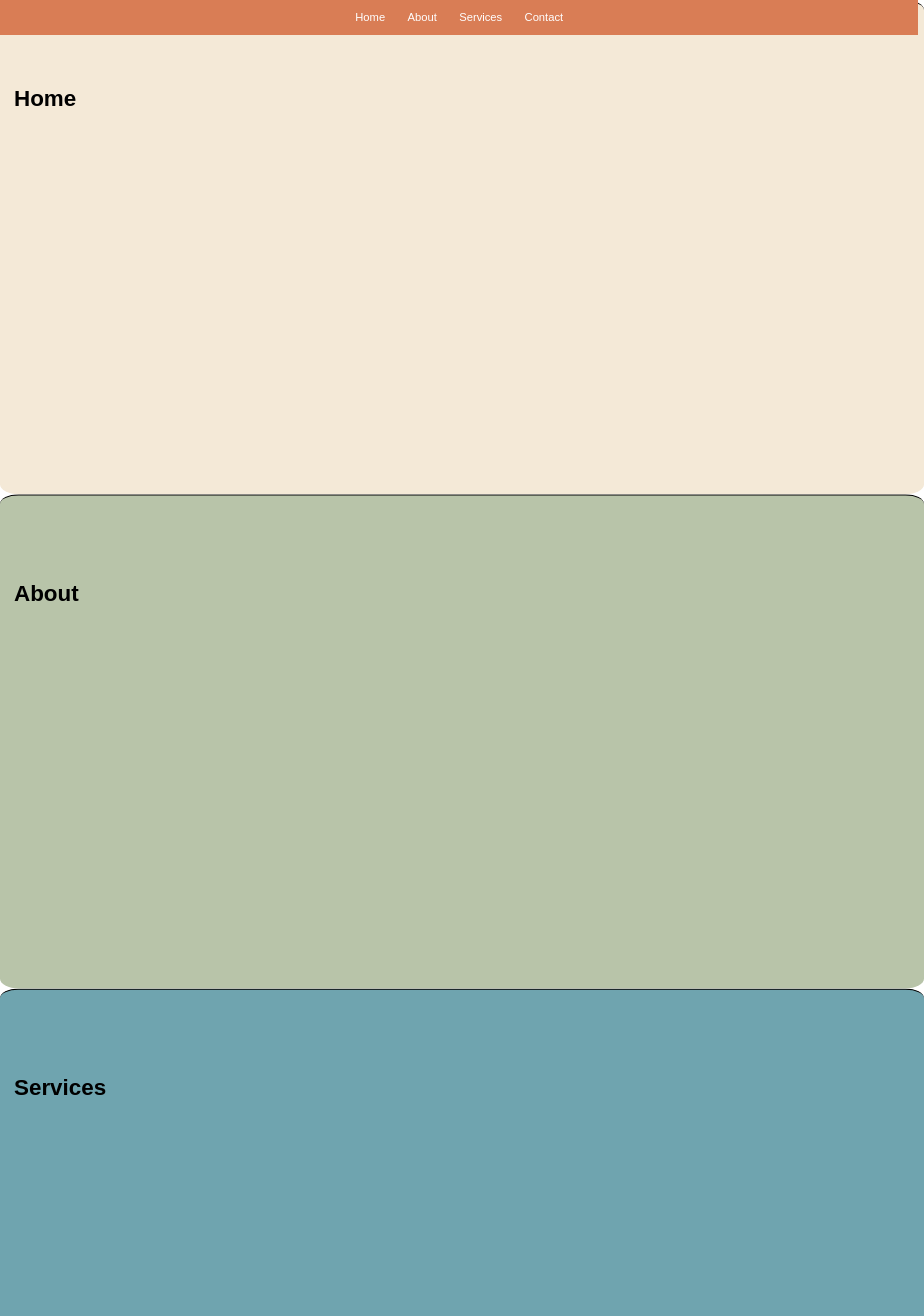
Repository: danichimescu/tema_unu_
Page: index.html
The author's editor kept a copy of each file at every save. The page is drawn from the files as they stood at one save, then again after the next save.
The browser window is 1280 px wide. The page is 1320 px wide, so the pictures cover 1320 px, including what lies to the right of the window. The pictures show the part of the page from y = 0 to 1880 px (the page is 2824 px tall), at 70% of full size.

Above is the page before, as saved 2025-10-06 01:58:22.

### index.html
<!DOCTYPE html>
<html lang="en">
<head>
  <meta charset="UTF-8">
  <meta name="viewport" content="width=device-width, initial-scale=1.0">
  <title>Document</title>
</head>
<body>

</body>
</html>

<!DOCTYPE html>
<html lang="en">
<head>
  <meta charset="UTF-8" />
  <meta name="viewport" content="width=device-width, initial-scale=1.0" />
  <title>Sovis Print</title>
  <script src="main.js" defer></script>
  <link rel="stylesheet" href="style.css" />
</head>

<body>

  <nav>
    <a href="#home">Home</a>
    <a href="#about">About</a>
    <a href="#services">Services</a>
    <a href="#contact">Contact</a>
  </nav>

  <div id="home" class="section">
    <h1>Home</h1>
  </div>
  <div id="about" class="section">
    <h1>About</h1>
  </div>
  <div id="services" class="section">
    <h1>Services</h1>
  </div>
  <div id="contact" class="section">
    <h1>Contact</h1>
  </div>

</body>

</html>

### style.css
/* ce e html? */
/* https://www.w3schools.com/cssref/pr_scroll-behavior.php#:~:text=This%20is%20default-,smooth,property%20to%20its%20default%20value. */

html {
    scroll-behavior: smooth;
}

body {
    font-family: sans-serif;
    margin: 0;
}

nav {
    position: fixed;
    top: 0;
    width: 100%;
    background: #D97D55;
    padding: 1rem;
    display: flex;
    justify-content: center;
    gap: 2rem;
}

nav a {
    color: white;
    text-decoration: none;
}

.section {
    padding: 100px 20px;
    /* margin-top: 60px; */
    height: 70vh;
    border-top: 2px solid black;
    width: 100%;
    border-radius: 2%;
}

#home {
    background: #F4E9D7;
}

#about {
    background: #B8C4A9;
}

#services {
    background: #6FA4AF;
}

#contact {
    background: #B18C6C;
}

Loaded but not shown: main.js (no stored copy; drawn as an empty file)

After the next save:
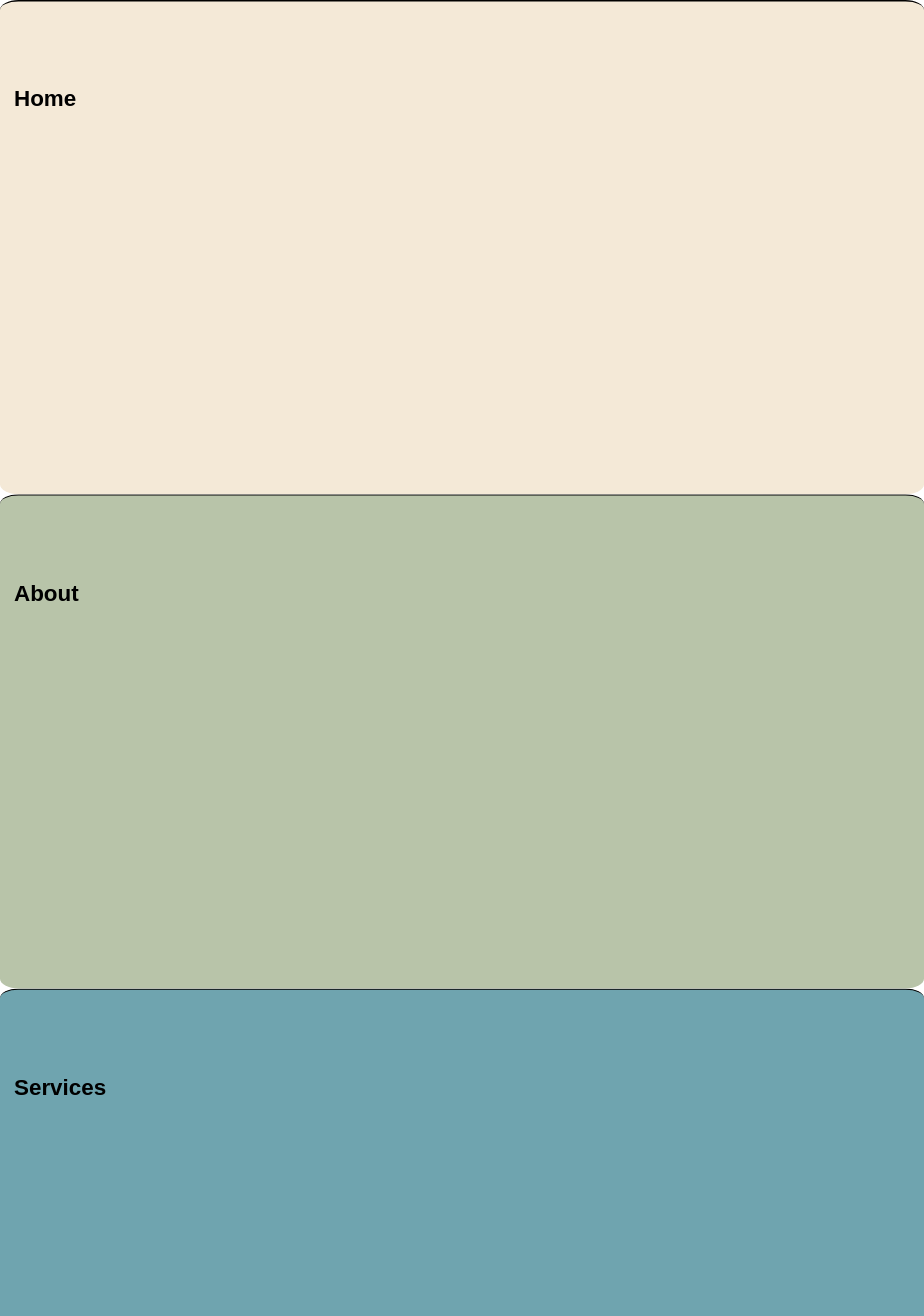
Saved 105 s later.
--- a/index.html
+++ b/index.html
@@ -22,12 +22,12 @@
 
 <body>
 
-  <nav>
+  <!-- <nav>
     <a href="#home">Home</a>
     <a href="#about">About</a>
     <a href="#services">Services</a>
     <a href="#contact">Contact</a>
-  </nav>
+  </nav> -->
 
   <div id="home" class="section">
     <h1>Home</h1>

After the save that followed:
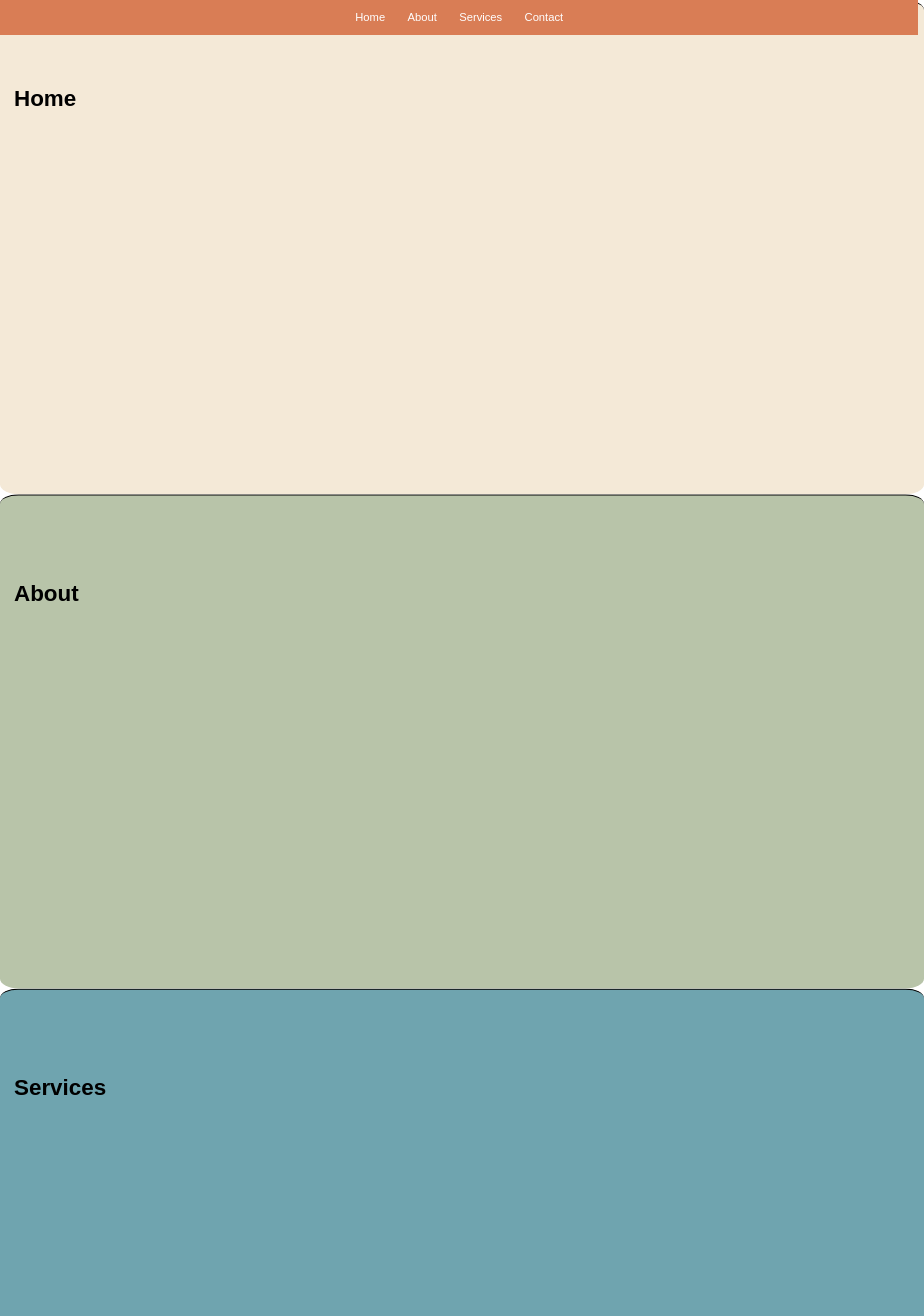
Saved 8 s later.
--- a/index.html
+++ b/index.html
@@ -22,12 +22,12 @@
 
 <body>
 
-  <!-- <nav>
+  <nav>
     <a href="#home">Home</a>
     <a href="#about">About</a>
     <a href="#services">Services</a>
     <a href="#contact">Contact</a>
-  </nav> -->
+  </nav>
 
   <div id="home" class="section">
     <h1>Home</h1>
